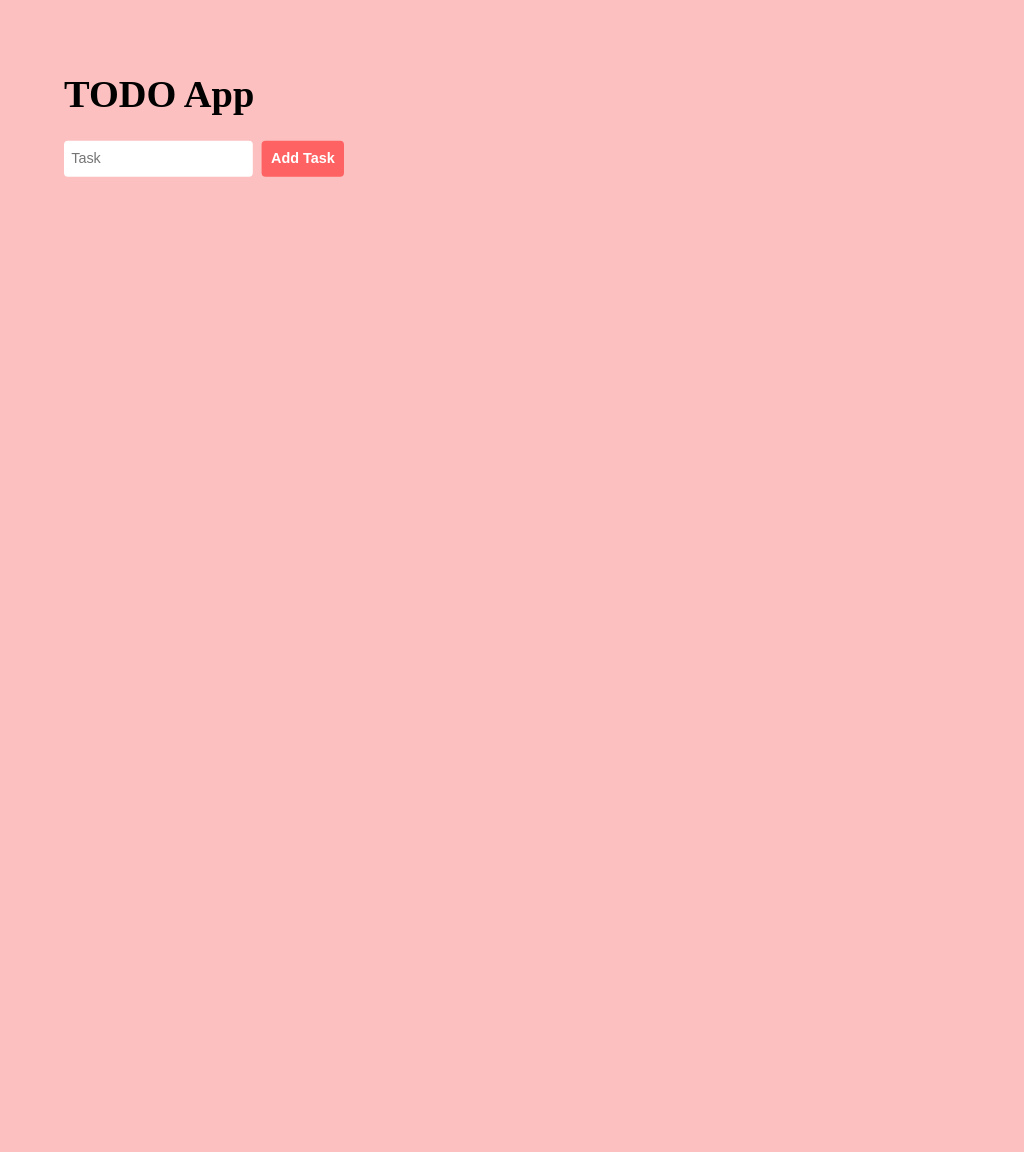
Repository: BhanuKaukuntla/TodoApp
Page: /
These files come from the project's save history. The page is drawn as it stood at one moment and after the next save; the edit follows.
The browser window is 1280 px wide. The pictures show the whole page, at 80% of full size.
The project was rebuilt for these pictures with package versions that can differ from the ones it lists, and the page was loaded fresh each time. Also part of the build but not shown: src/components/TodoItem/TodoItem.js.

Above is the page before, as saved 2021-12-04 10:13:01.

### src/index.js
import React from "react";
import ReactDOM from "react-dom";
import "./index.css";
import App from "./App";
import { Provider } from "react-redux";
import store from "./store";
import { PersistGate } from "redux-persist/integration/react";
import { persistor } from "./store";

ReactDOM.render(
  <React.StrictMode>
    <Provider store={store}>
      <PersistGate persistor={persistor}>
        <App />
      </PersistGate>
    </Provider>
  </React.StrictMode>,
  document.getElementById("root")
);

### src/index.css
*{
  margin: 0;
  padding: 0;
  /* font-family: "montserrat",sans-serif; */
  /* box-sizing: border-box; */
}

body {
  margin: 0;
  font-family: -apple-system, BlinkMacSystemFont, "Segoe UI", "Roboto", "Oxygen",
    "Ubuntu", "Cantarell", "Fira Sans", "Droid Sans", "Helvetica Neue",
    sans-serif;
  -webkit-font-smoothing: antialiased;
  -moz-osx-font-smoothing: grayscale;
}

/* code {
  font-family: source-code-pro, Menlo, Monaco, Consolas, "Courier New",
    monospace;
} */
.App {
  /* text-align: center; */
  height: 200vh;
  /* max-height: 100%; */
  /* background-color: #e77a7a; */
  /* background-color: #df8b8b; */
  background-color: #fcc0c0;
  margin-top: 0%;
  /* position: fixed; */
  width: 100%;
}

.title{
  padding-top: 90px;
  margin-left: 5rem;
  font-size: xxx-large;
  font-family: 'Times New Roman', Times, serif;
}

.todoInput{
  margin-top: 1rem;
  margin-left: 5rem;
  font-size: x-large;
  margin-bottom: 1rem;
  /* width: 5rem; */
}

.form{
  border-radius: 10px;
  font-size: large;
  padding: 15px;
  /* width: 9rem; */
  padding-left: 0;
}

.input{
  border-radius: 5px;
  font-size: large;
  padding: 9px;
  width: 13.6rem;
  height: 1.7rem;
  border: 0;
}

.inputButton{
  margin-left: 0.7rem;
  padding: 12px;
  border-radius: 5px;
  color: white;
  font-weight: 700;
  font-size: large;
  /* background-color: #df6a6a; */
  background-color: #ff6262;
  position: relative;
  border: 0;
}

.todoList{
  /* align-items: center; */
  justify-content: space-between;
  display: flex;
  flex-direction: column;
  margin-bottom: 3rem;
}

.todoItem{
  /* padding: 5px;
  background-color: white;
  opacity: 0.8; */
  margin-right: 2rem;
  margin-left: 5rem;
  font-size: x-large;
  display: flex;
  align-items: center;
  justify-content: space-between;
  /* max-width: 20rem; */
  background-color: #ffffff;
  opacity: 0.5;
  margin-top: 1rem;
  border-radius: 5px;
  max-height: 3.4rem;
  /* max-width: 22.5rem; */
  padding: 2px;
  width: 21rem;
  height: 2.9rem;
  color: rgb(0, 0, 0);
  padding-left: 20px;
  font-weight: 700;
}

.editButton{
  /* margin-left: 1rem; */
  /* margin-right: 1px; */
  /* display: none; */
  /* border-radius: 1px; */
  display: inline-block;
  margin-left: auto;
  margin-right: 1rem;
  background-color: white;

}

.editTodo{
  /* align-items: center;
  margin-left: 1rem;
  margin-bottom: 0.5rem;
  margin-right: .5rem;
  padding: 3px; */
  padding: 9px;
  margin-left: 4rem;
  margin-right: auto;
}

.formItem{
  width: 10rem;
  padding: 11px;
  background-color: #fcd7d7;
}

.deleteButton{
  /* margin-left: 1rem; */
  margin-right: 8px;
  /* border-radius: 1px; */
  /* background-color: white;
  color: black; */
}

.icons{
  /* display: flex; */
  /* margin-left: 1rem; */
  /* justify-content: space-between; */
  display: flex-end;
}

### src/App.js
import AddTodo from "./components/AddTodo/AddTodo";
import TodoList from "./components/TodoList/TodoList";
import { useSelector } from "react-redux";
function App() {
  const taskobj = useSelector((state) => state.todos.data);
  return (
    <div className='App'>
      <h1 className="title">TODO App</h1>
      <AddTodo />
      <TodoList />
    </div>
  );
}

export default App;

### src/store.js
import { createStore } from "redux";
import rootReducer from "./reducers";
import { persistStore, persistReducer } from "redux-persist";
import storage from "redux-persist/lib/storage";

const persistConfig = {
  key: "root",
  storage,
};

const persistedReducer = persistReducer(persistConfig, rootReducer);

const store = createStore(
  persistedReducer,
  window.__REDUX_DEVTOOLS_EXTENSION__ && window.__REDUX_DEVTOOLS_EXTENSION__()
);

export const persistor = persistStore(store);

export default store;

### src/components/AddTodo/AddTodo.js
import React, { useState } from "react";
import { useDispatch } from "react-redux";
import { addTodo } from "../../actions";
import cuid from "cuid";

const AddTodo = () => {
  const [tasks, setTasks] = useState("");
  const dispatch = useDispatch();
  function handleInputChange(e) {
    setTasks(e.target.value);
    console.log(tasks);
  }
  function handleFormSubmit(e) {
    e.preventDefault();
    dispatch(addTodo({ task: tasks, id: cuid() }));
    e.target.userInput.value = "";
    console.log(tasks);
  }
  return (
    <div className="todoInput">
      <form className="form" onSubmit={handleFormSubmit}>
      <input
        className="input"
        placeholder="Task"
        type='text'
        name='userInput'
        onChange={(e) => handleInputChange(e)}
      />
      <button className="inputButton" type='submit'>Add Task</button>
     </form>
    </div>
  );
};

export default AddTodo;

### src/components/TodoList/TodoList.js
import React from "react";
import TodoItem from "../TodoItem/TodoItem";
import { useSelector } from "react-redux";

const TodoList = () => {
  const taskobj = useSelector((state) => state.todos.data);
  const taskItems = taskobj.map((task) => {
    return <TodoItem task={task} key={task.id} />;
  });

  return(
     <div className="todoList">
        {taskItems}
    </div>
    )
};

export default TodoList;

### src/reducers/index.js
import { combineReducers } from "redux";
import todos from "./todos";

const rootReducer = combineReducers({
  todos,
});
export default rootReducer;

### src/actions/index.js
import { ADD_TODO, DELETE_TODO, UPDATE_TODO } from "./types";

export const addTodo = (message) => ({
  type: ADD_TODO,
  message,
});

export const deleteTodo = (id) => ({
  type: DELETE_TODO,
  id,
});

export const updateTodo = ({ message, id }) => ({
  type: UPDATE_TODO,
  message,
  id,
});

### src/reducers/todos.js
const initialState = {
  data: [],
};

const todos = (state = initialState, action) => {
  switch (action.type) {
    case "ADD_TODO":
      return {
        ...state,
        data: [...state.data, action.message],
      };
    case "DELETE_TODO":
      return {
        ...state,
        data: [...state.data.filter((todo) => todo.id !== action.id)],
      };
    case "UPDATE_TODO":
      return {
        ...state,
        data: [
          ...state.data.filter((todo) => todo.id !== action.id),
          { task: action.message, id: action.id },
        ],
      };
    default:
      return state;
  }
};

export default todos;

### src/actions/types.js
export const ADD_TODO = "ADD_TODO";
export const DELETE_TODO = "DELETE_TODO";
export const UPDATE_TODO = "UPDATE_TODO";

Loaded but not shown: public/index.html (common file)

After the next save:
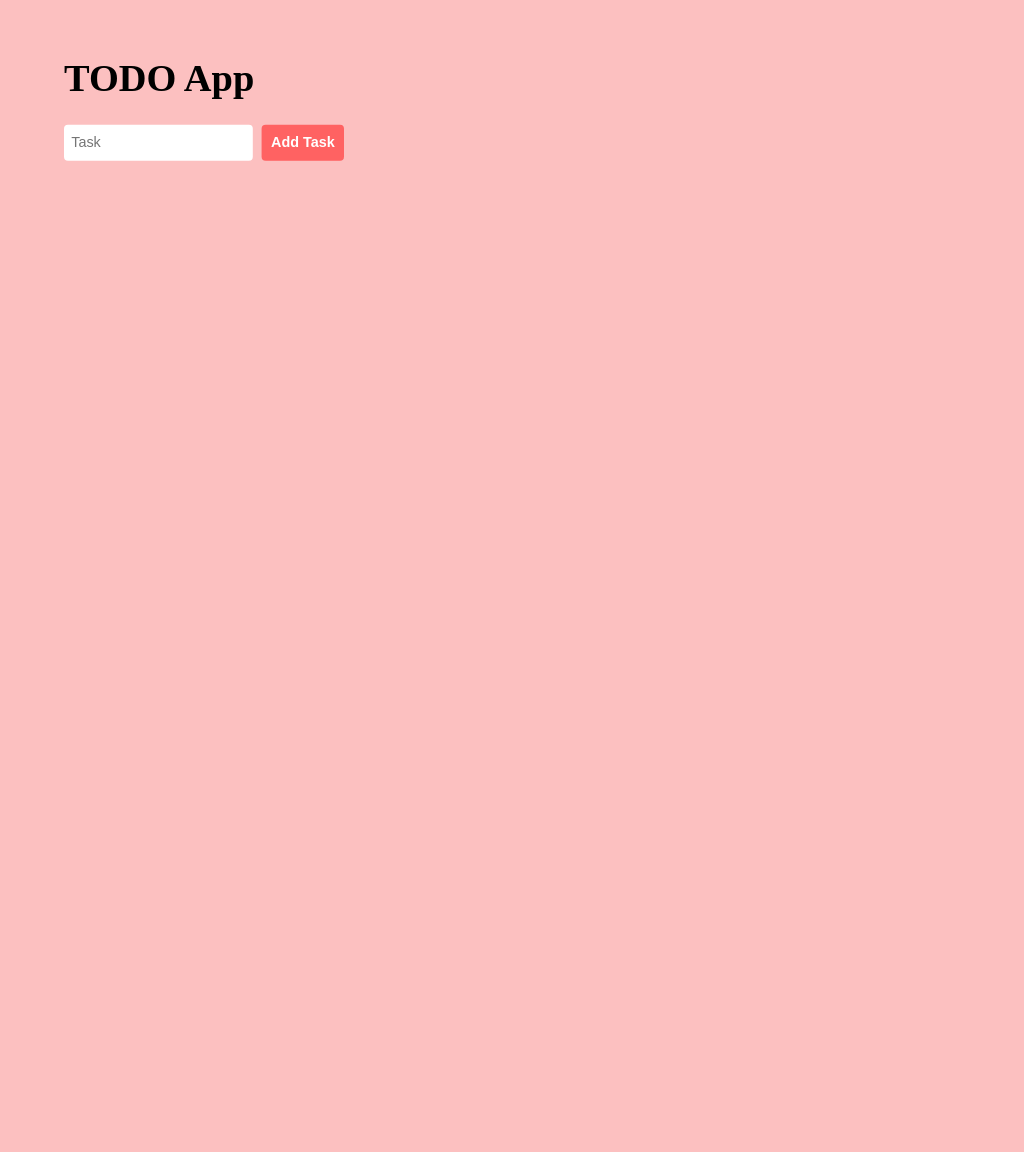
Saved 35 s later.
--- a/src/index.css
+++ b/src/index.css
@@ -31,7 +31,7 @@ body {
 }
 
 .title{
-  padding-top: 90px;
+  padding-top: 70px;
   margin-left: 5rem;
   font-size: xxx-large;
   font-family: 'Times New Roman', Times, serif;
